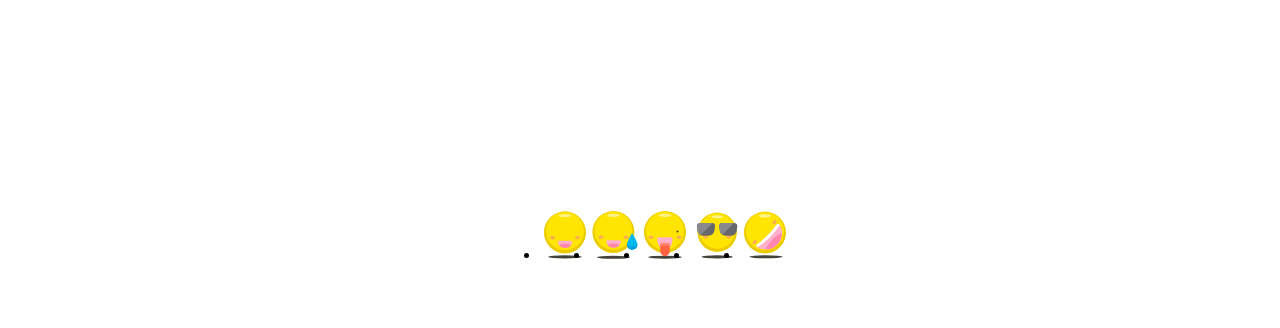
Repository: gyypwrs/css-practice
Page: emoji-jump/index.html
The author's editor kept a copy of each file at every save. The page is drawn from the files as they stood at one save, then again after the next save.
The browser window is 1280 px wide. The pictures show the whole page.

Above is the page before, as saved 2022-05-07 11:27:52.

After the next save:
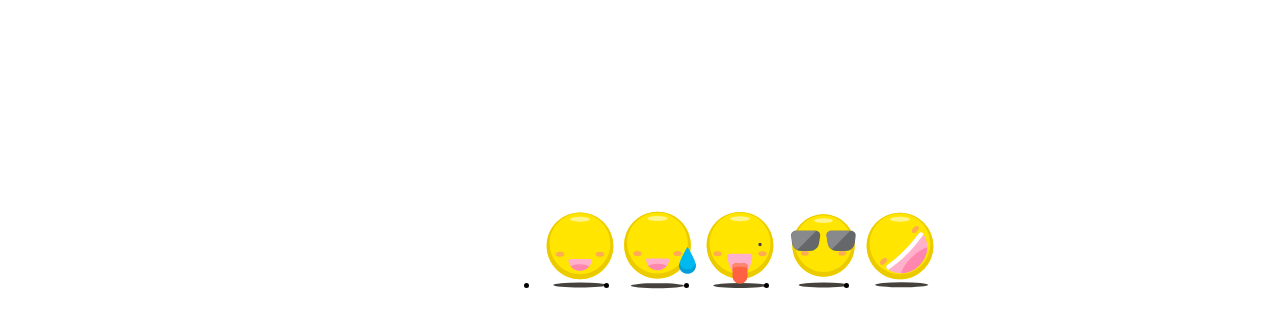
Saved 27 s later.
--- a/emoji-jump/index.html
+++ b/emoji-jump/index.html
@@ -38,11 +38,11 @@
   <body>
     <div class="root">
       <ul class="emoji-list">
-        <li><img height="50" src="./EMOJI-04.svg"></li>
-        <li><img height="50" src="./EMOJI-05.svg"></li>
-        <li><img height="50" src="./EMOJI-43.svg"></li>
-        <li><img height="50" src="./EMOJI-25.svg"></li>
-        <li><img height="50" src="./EMOJI-90.svg"></li>
+        <li><img height="80" src="./EMOJI-04.svg"></li>
+        <li><img height="80" src="./EMOJI-05.svg"></li>
+        <li><img height="80" src="./EMOJI-43.svg"></li>
+        <li><img height="80" src="./EMOJI-25.svg"></li>
+        <li><img height="80" src="./EMOJI-90.svg"></li>
       </ul>
     </div>
   </body>
